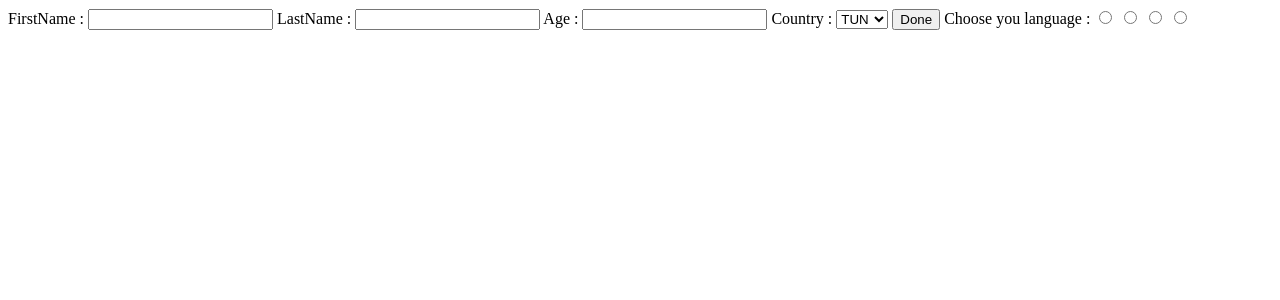
Repository: rahmi45/Spring-MVC
Page: http://localhost/Spring-MVC/studentMvcTags/accountMvcTags
The author's editor kept a copy of each file at every save. The page is drawn from the files as they stood at one save, then again after the next save.
The browser window is 1280 px wide. The pictures show the whole page.
The page is served by Tomcat 9. Other server files are loaded and not shown. The template is opened directly, without the code that normally fills it, so the values that code supplies are empty.

Above is the page before, as saved 2022-01-14 20:01:48.

### Spring-MVC/WebContent/WEB-INF/view/student-front-mvc-tags/studentAccount.jsp
<%@ page language="java" contentType="text/html; charset=ISO-8859-1"
    pageEncoding="ISO-8859-1"%>
	<%@ taglib prefix="f" uri="http://www.springframework.org/tags/form" %>
<!DOCTYPE html>
<html>
<head>
<meta charset="ISO-8859-1">
<title>Student Account</title>
</head>
<body>
	<f:form action="processMvcTags" modelAttribute="student">
		FirstName : <f:input path="firstName"/>
		LastName  : <f:input path="lastName"/>
		Age       : <f:input path="age"/>
		Country   :
		<f:select path="country">
			<f:options items="${student.countryOptions}"/>
<%-- 			<f:option value="Maroc" label="MAR"/> --%>
<%-- 			<f:option value="France" label="FRA"/> --%>
<%-- 			<f:option value="Tunisie" label="TUN"/> --%>
		</f:select>
		<input type="submit" value="Done"/>
		Choose you language :
		<f:radiobutton path="language" value="Java"/>
		<f:radiobutton path="language" value="Php"/>
		<f:radiobutton path="language" value="C#"/>
		<f:radiobutton path="language" value="C++"/>
	</f:form>
</body>
</html>

After the next save:
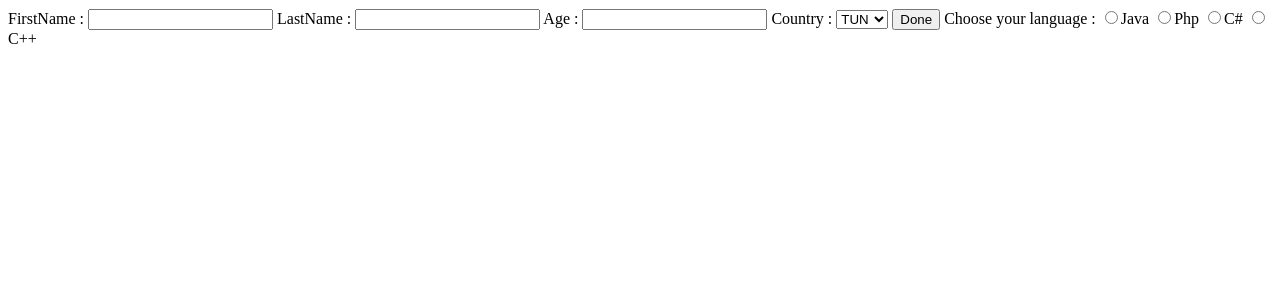
Saved 11 min 19 s later.
--- a/Spring-MVC/WebContent/WEB-INF/view/student-front-mvc-tags/studentAccount.jsp
+++ b/Spring-MVC/WebContent/WEB-INF/view/student-front-mvc-tags/studentAccount.jsp
@@ -20,11 +20,11 @@
 <%-- 			<f:option value="Tunisie" label="TUN"/> --%>
 		</f:select>
 		<input type="submit" value="Done"/>
-		Choose you language :
-		<f:radiobutton path="language" value="Java"/>
-		<f:radiobutton path="language" value="Php"/>
-		<f:radiobutton path="language" value="C#"/>
-		<f:radiobutton path="language" value="C++"/>
+		Choose your language :
+		<f:radiobutton path="language" value="Java"/>Java
+		<f:radiobutton path="language" value="Php"/>Php
+		<f:radiobutton path="language" value="C#"/>C#
+		<f:radiobutton path="language" value="C++"/>C++
 	</f:form>
 </body>
 </html>
